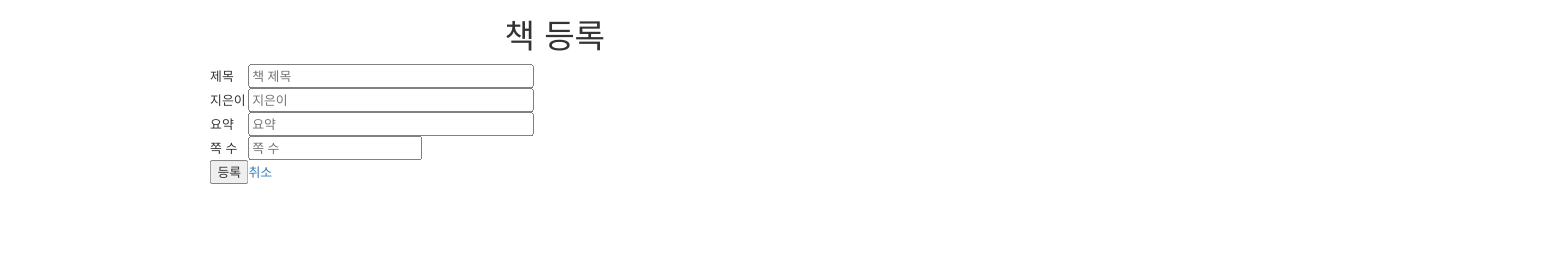
Repository: newzinee/SKDidimdolSpring
Page: http://localhost/AZBookPrj/insertBook.jsp
These files come from the project's save history. The page is drawn as it stood at one moment and after the next save; the edit follows.
The browser window is 1280 px wide. The page is 1703 px wide, so the pictures cover 1703 px, including what lies to the right of the window. The pictures show the whole page, at 92% of full size.
The page is served by Tomcat 9. Nobody is signed in. The application's start-up code is not run.

Above is the page before, as saved 2017-02-12 14:07:47.
Console error (its wording comes from the project's code and is left out).

After the next save:
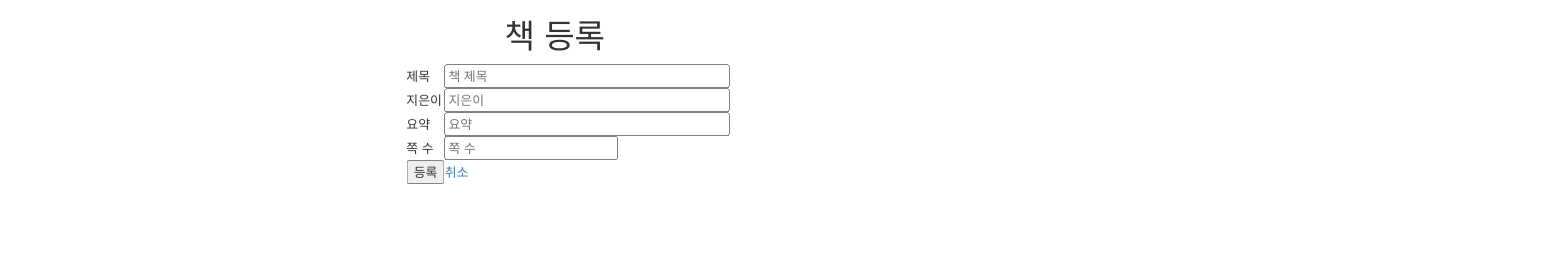
Saved 98 s later.
--- a/AZBookPrj/WebContent/insertBook.jsp
+++ b/AZBookPrj/WebContent/insertBook.jsp
@@ -19,7 +19,7 @@
 	<div class="container col-md-offset-5">
 		<h1>책 등록</h1>
 	</div>
-	<div class="container col-md-offset-2 col-md-5">
+	<div class="container col-md-offset-4 col-md-5">
 		<form method="POST" action="insertBook.do">
 			<table>
 				<tr>
